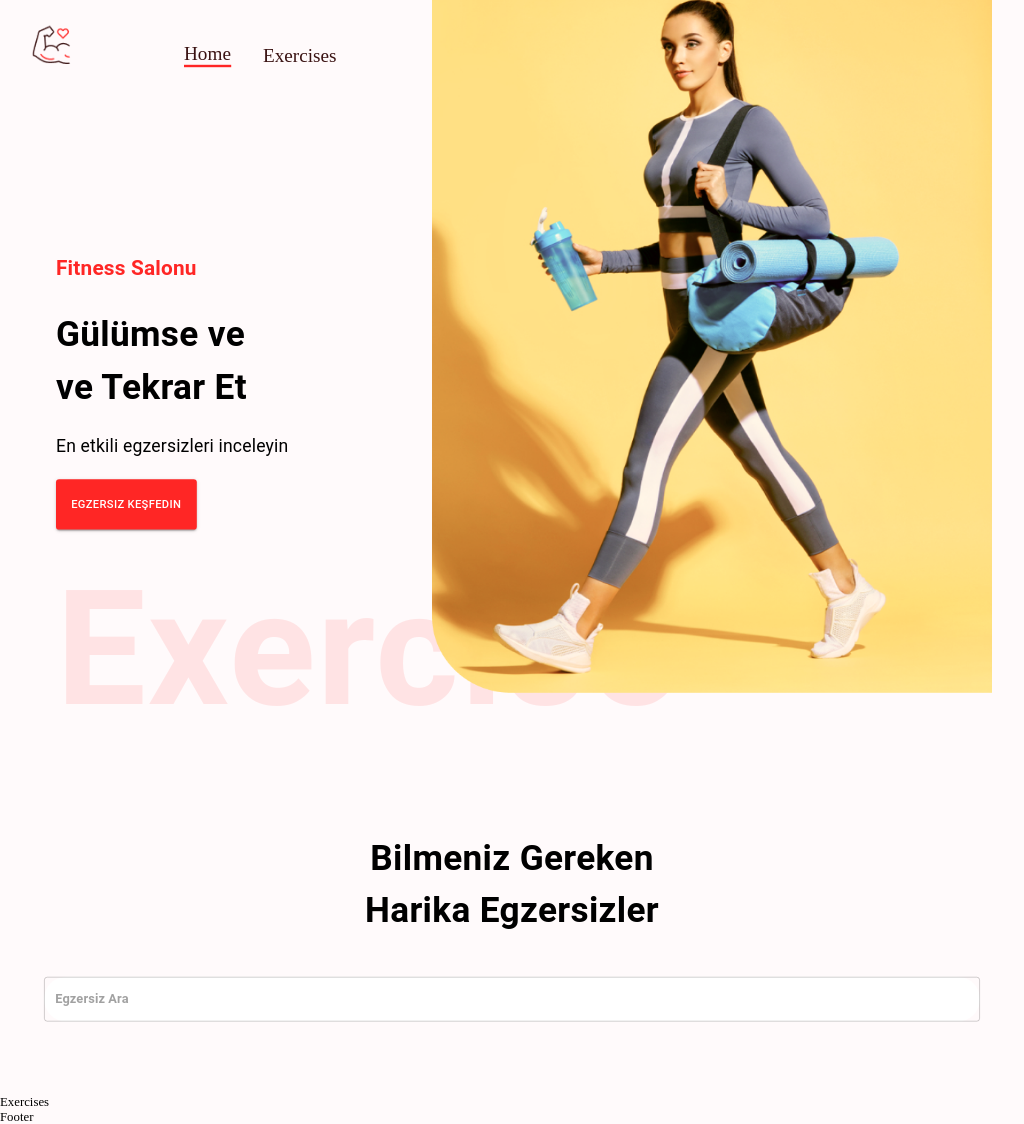
Repository: Kubraaygun/Gym_App
Page: /
The author's editor kept a copy of each file at every save. The page is drawn from the files as they stood at one save, then again after the next save.
The browser window is 1280 px wide. The pictures show the whole page, at 80% of full size.
The project was rebuilt for these pictures with package versions that can differ from the ones it lists, and the page was loaded fresh each time. Also part of the build but not shown: src/pages/ExerciseDetail.js.

Above is the page before, as saved 2025-01-25 18:04:03.

### src/App.js
import React from "react";
import "./App.css";
import { Route, Routes } from "react-router-dom";
import { Box } from "@mui/material";

import Navbar from "./components/Navbar";
import Footer from "./components/Footer";
import ExerciseDetail from "./pages/ExerciseDetail";
import Home from "./pages/Home";

const App = () => {
  return (
    <Box width="400px" sx={{ width: { xl: "1488" } }} m="auto">
      <Navbar />
      <Routes>
        <Route path="/" element={<Home />} />
        <Route path="/exercise/:id" element={<ExerciseDetail />} />
      </Routes>
      <Footer />
    </Box>
  );
};

export default App;

### src/components/Navbar.js
import React from "react";
import { Link } from "react-router-dom";
import { Stack } from "@mui/material";
import Logo from "../assets/images/Logo.png";
const Navbar = () => {
  return (
    <Stack
      direction="row"
      justifyContent="space-around"
      sx={{
        gap: { sm: "122px", sx: "40px" },
        mt: { sm: "32px", xs: "20px" },
        justifyContent: "none",
      }}
      px="20px"
    >
      <Link>
        <img
          src={Logo}
          alt="logo"
          style={{ width: "48px", height: "48px", margin: "0 20px" }}
        />
      </Link>
      <Stack direction="row" gap="40px" fontSize="24px" alignItems="flex-end">
        <Link
          to="/"
          style={{
            textDecoration: "none",
            color: "#3A1212",
            borderBottom: "3px solid #FF2625",
          }}
        >
          Home
        </Link>
        <a
          href="#exercises"
          style={{
            textDecoration: "none",
            color: "#3A1212",
          }}
        >
          Exercises
        </a>
      </Stack>
    </Stack>
  );
};

export default Navbar;

### src/pages/Home.js
import React, { useState } from "react";
import { Box } from "@mui/material";
import SearchExercises from "../components/SearchExercises";
import Exercises from "../components/Exercises";
import HeroBanner from "../components/HeroBanner";

const Home = () => {
  return (
    <Box>
      <HeroBanner />
      <SearchExercises />
      <Exercises />
    </Box>
  );
};

export default Home;

### src/components/SearchExercises.js
import React, { useState, useEffect } from "react";
import { Box, Button, Stack, TextField, Typography } from "@mui/material";
const SearchExercises = () => {
  return (
    <Stack alignItems="center" mt="37px" justifyContent="center" p="20px">
      <Typography
        fontWeight={700}
        sx={{ fontSize: { lg: "44px", sx: "30px" } }}
        mb="50px"
        textAlign="center"
      >
        Bilmeniz Gereken <br /> Harika Egzersizler
      </Typography>
      <Box position="relative" mb="72px">
        <TextField
          sx={{
            input: { fontWeight: "700", border: "none", borderRadius: "4px" },
            width: { lg: "1170px", xs: "350" },
            backgroundColor: "#fff",
            borderRadius: "40px",
          }}
          height="76px"
          value=""
          onChange={(e) => {}}
          placeholder="Egzersiz Ara"
          type="text"
        />
      </Box>
    </Stack>
  );
};

export default SearchExercises;

### src/components/HeroBanner.js
import React from "react";
import { Box, Stack, Typography, Button } from "@mui/material";
import HeroBannerImage from "../assets/images/banner.png";

const HeroBanner = () => {
  return (
    <Box
      sx={{ mt: { lg: "212px", sx: "70px" }, ml: { sm: "50px" } }}
      position="relative"
      p="20px"
    >
      <Typography color="#FF2625" fontWeight="600" fontSize="26px">
        Fitness Salonu
      </Typography>
      <Typography
        fontWeight={700}
        sx={{ fontSize: { lg: "44px", sx: "40px" } }}
        mb="23px"
        mt="30px"
      >
        Gülümse ve <br /> ve Tekrar Et
      </Typography>
      <Typography fontSize="22px" lineHeight="35px" mb={3}>
        En etkili egzersizleri inceleyin
      </Typography>
      <Button
        variant="contained"
        color="error"
        href="#exercises"
        sx={{ backgroundColor: "#ff2625", padding: "19px" }}
      >
        Egzersiz keşfedin
      </Button>
      <Typography
        fontWeight={600}
        color="#ff2625"
        sx={{ opacity: 0.1, display: { lg: "block", xs: "none" } }}
        fontSize="200px"
      >
        Exercise
      </Typography>
      <img src={HeroBannerImage} alt="banner" className="hero-banner-img" />
    </Box>
  );
};

export default HeroBanner;

Loaded but not shown: public/index.html (common file); src/index.js (common file); src/App.css (common file); src/components/Footer.js (common file); src/components/Exercises.js (common file)

After the next save:
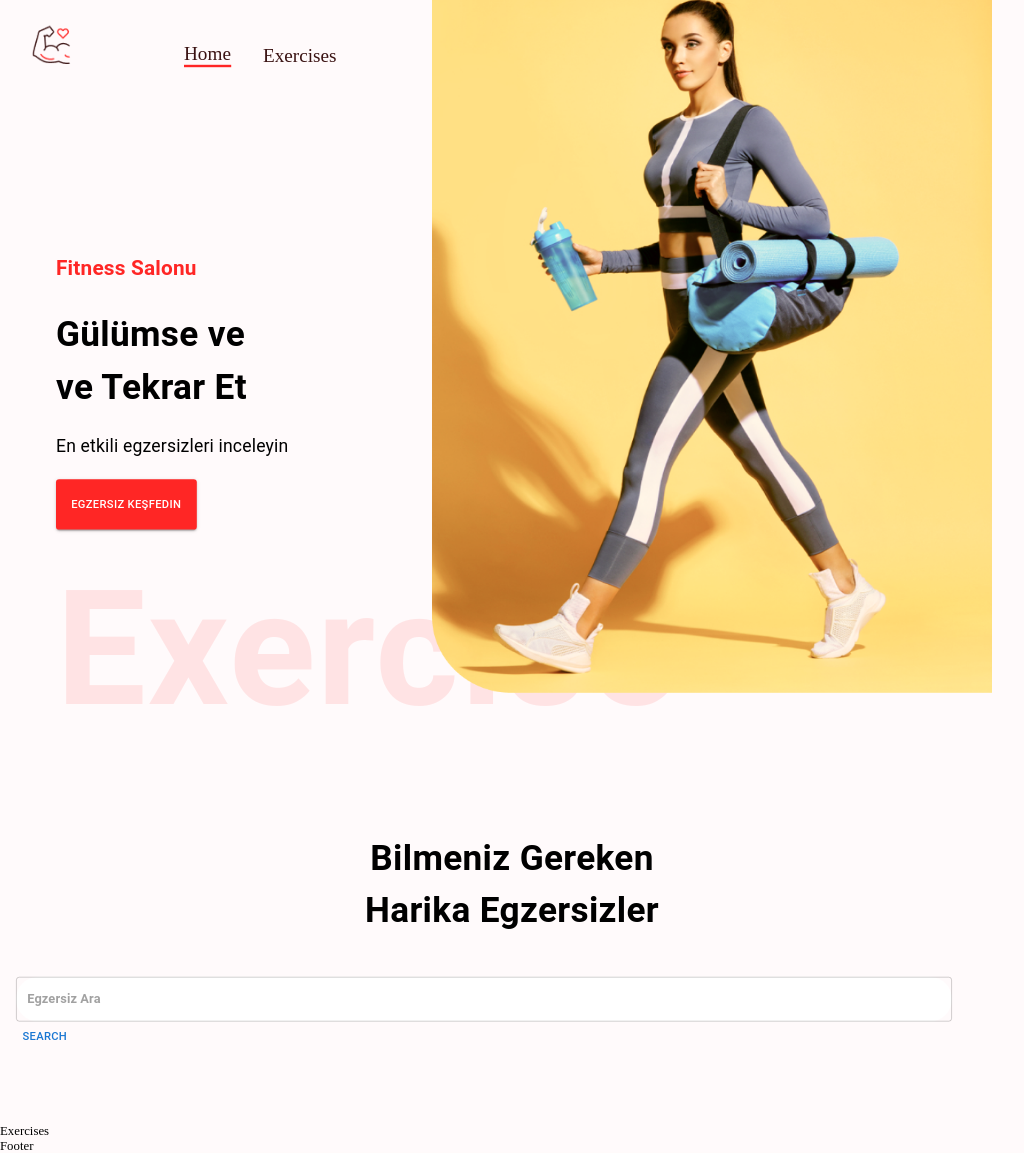
Saved 44 s later.
--- a/src/components/SearchExercises.js
+++ b/src/components/SearchExercises.js
@@ -25,6 +25,7 @@ const SearchExercises = () => {
           placeholder="Egzersiz Ara"
           type="text"
         />
+        <Button className="search-btn">Search</Button>
       </Box>
     </Stack>
   );
